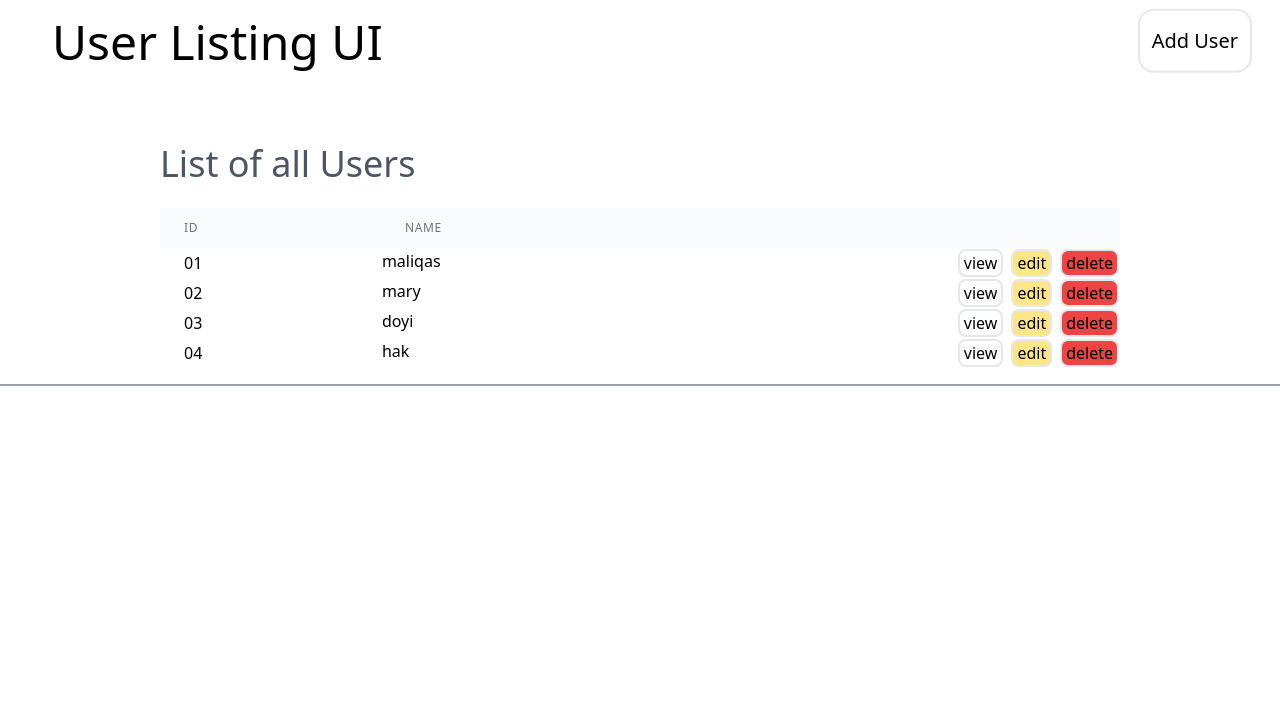
Repository: Marlstergo/listings
Page: / (app in client/)
An editor plug-in stored every save of this project. The page is shown before and after the next save, followed by the edit.
The browser window is 1280 px wide. The pictures show the whole page.
The project was rebuilt for these pictures with package versions that can differ from the ones it lists, and the page was loaded fresh each time. Also part of the build but not shown: client/craco.config.js, client/src/components/UserRow.jsx, client/src/components/List.js, client/src/components/addUser.js, client/src/components/EditUser.js.

Above is the page before, as saved 2021-07-21 17:36:22.

### client/src/index.js
/* eslint-disable no-unused-vars */
import React from "react";
import ReactDOM from "react-dom";
import "./index.css";
import App from "./App";
import reportWebVitals from "./reportWebVitals";
import { BrowserRouter as Router } from 'react-router-dom';
import { Provider } from "react-redux";
import { store } from "./redux/store";
import { PersistGate } from "redux-persist/integration/react";
import { persistor } from "./redux/store";

ReactDOM.render(
  <React.StrictMode>
    <Provider store={store}>
      <Router>
        <PersistGate persistor={persistor}>
          <App />
        </PersistGate>
      </Router>
    </Provider>
  </React.StrictMode>,
  document.getElementById("root")
);

// If you want to start measuring performance in your app, pass a function
// to log results (for example: reportWebVitals(console.log))
// or send to an analytics endpoint. Learn more: https://bit.ly/CRA-vitals
reportWebVitals();

### client/src/App.js
import React, { useState } from "react";
import { BrowserRouter, Route, Switch, useLocation } from "react-router-dom";
import Header from "./components/Header";
import Home from "./components/Home";
import List from "./components/List";
import AddUser from "./components/addUser";
// import Toppings from "./components/Toppings";
import Order from "./components/EditUser";
// import Modal from "./components/Modal";
import { AnimatePresence } from "framer-motion";

function App() {
  const location = useLocation();
  const showModal = true;

  return (
    <>
      <Header />
      {/* <Modal showModal={showModal} /> */}
      <AnimatePresence exitBeforeEnter>
        <BrowserRouter>
          <Switch>
            <Route exact name="home" path="/">
              <Home />
            </Route>
            {/* <Route exact path="/createUpdateUser">
            <Toppings />
          </Route> */}
            <Route path="/edit" exact name="order">
              <Order />
            </Route>
            <Route path="/view" exact name="view">
              <List/>
            </Route>
            <Route path="/adduser" exact name="adduser">
              <AddUser/>
            </Route>
          </Switch>
        </BrowserRouter>
      </AnimatePresence>
    </>
  );
}

export default App;

### client/src/redux/store.js
import { createStore, applyMiddleware } from "redux";
import { logger } from 'redux-logger';
import {persistStore} from 'redux-persist';
// import thunk from 'redux-thunk'
import createSagaMiddleware from 'redux-saga'

import rootSaga from './root-sagas'

import rootReducer from './root-reducer';

const sagaMiddleware = createSagaMiddleware()

const middleware = [sagaMiddleware];

if( process.env.NODE_ENV === 'development'){
    middleware.push(logger)
}

export const store = createStore(rootReducer, applyMiddleware(...middleware))

sagaMiddleware.run(rootSaga)

export const persistor = persistStore(store)

export default (store, persistor);

### client/src/components/Header.js
import React from "react";
import { motion } from "framer-motion";
import { Link } from "react-router-dom";
import {withRouter} from 'react-router-dom'


const svgVariants = {
  hidden: { rotate: -180 },
  visible: {
    rotate: 0,
    transition: { duration: 1 },
  },
};

const pathVariants = {
  hidden: {
    opacity: 0,
    pathLength: 0,
  },
  visible: {
    opacity: 1,
    pathLength: 1,
    transition: {
      duration: 2,
      ease: "easeInOut",
    },
  },
};

const buttonVariants = {
  show: {
    y: [0, -20],
    x: 0,
    textShadow: "0px 0px 8px rgb(255,255,255)",
    boxShadow: "0px 0px 8px rgb(255,255,255)",
    transition: {
      duration: 0.3,
      yoyo: Infinity,
      ease: "easeOut",
    },
  },
};

const Header = ({history}) => {
  console.log(history.location.pathname)
  return (
    <header className="flex p-7 w-screen justify-between  items-center">
      {/* <motion.div
        className="logo"
        drag
        dragConstraints={{ left: 0, top: 0, right: 0, bottom: 0 }}
        dragElastic={0.7}
      >

      </motion.div> */}
      <motion.div
        className=" flex justify-between w-full ml-6 text-xs"
        initial={{ y: -250 }}
        animate={{ y: -10 }}
        transition={{ delay: 0.2, type: "spring", stiffness: 120 }}
      >
        <a href="/" className=" pb-4 text-5xl">User Listing UI</a>
        <motion.button
          variants={buttonVariants}
          whileHover="hover"
          animate={`${history.location.pathname === '/adduser'?'':'show'}`}
          className="text-xl border-2 px-3 rounded-2xl active:bg-gray-200"
        >
          <a href="/adduser">Add User</a>
        </motion.button>
      </motion.div>
    </header>
  );
};

export default withRouter(Header);

### client/src/components/Home.js
import React from "react";
// import { Link } from "react-router-dom";
import { motion } from "framer-motion";
// import Loader from "./Loader";
// import UserRow from "./UserRow";
import UserRowHome from "./userRowhome";



const containerVariants = {
  hidden: {
    opacity: 0,
  },
  visible: {
    opacity: 1,
    transition: { delay: 1.5, duration: 1.5 },
  },
  exit: {
    x: "-100vh",
    transition: { ease: "easeInOut" },
  },
};
// const buttonVariants = {
//   hover: {
//     scale: 1.1,
//     textShadow: "0px 0px 8px rgb(255,255,255)",
//     boxShadow: "0px 0px 8px rgb(255,255,255)",
//     transition: {
//       duration: 0.3,
//       yoyo: Infinity
//     }
//   }
// }
const users = [
  {
    id: '01',
    name: "maliqas",
    email: "maliq@gmail.com",
    phone: '08032494874'
  },
  {
    id: '02',
    name: "mary",
    email: "mary@gmail.com",
    phone: '08032494874'
  },
  {
    id: '03',
    name: "doyi",
    email: "doyi@gmail.com",
    phone: '08032494874'
  },
  {
    id: '04',
    name: "hak",
    email: "hak@gmail.com",
    phone: '08032494874'
  },
];
const Home = () => {
  return (
    <motion.div
      className="  pb-4 mb-4 border-b-2 border-gray-400 flex flex-col items-center"
      variants={containerVariants}
      initial="hidden"
      animate="visible"
      exit="exit"
    >
      <div className="w-3/4 ">
        <h1 className="text-gray-600 py-6 text-4xl">List of all Users</h1>

        <table className="min-w-full divide-y divide-gray-200">
          <thead>
            <tr>
              <th className="px-6 py-3 bg-gray-50 text-left text-xs font-medium text-gray-500 uppercase tracking-wider">
                Id
              </th>
              <th className="px-6 py-3 bg-gray-50 text-left text-xs font-medium text-gray-500 uppercase tracking-wider">
                Name
              </th>

            </tr>
            {
              users.map((user) =>(
                <UserRowHome name={user.name} key={user.id} id={user.id} email={user.email} phone={user.phone} />
              ))
            }
          </thead>
        </table>
      </div>
    </motion.div>
  );
};

export default Home;

### client/src/redux/root-sagas.js
import {all, call} from 'redux-saga/effects'
import {userSagas} from './user/user.sagas'


export default function* rootSaga(){
    yield all([
        call(userSagas),
    ])
}

### client/src/redux/root-reducer.js
import {combineReducers} from 'redux'
import userReducer from './user/user.reducer'
// import cartReducer from './cart/cart.reducer'
import {persistReducer} from 'redux-persist'
import storage from 'redux-persist/lib/storage'
// import directoryReducer from './directory/directory.reducer'
// import shopReducer from './shop/shop.reducer'

const persistConfig ={
    key: 'root',
    storage,
    whitelist: ['' ]
}
const rootReducer = combineReducers({
    user: userReducer,

})
export default persistReducer(persistConfig, rootReducer)

### client/src/components/userRowhome.js
import React from "react";

const UserRowHome = ({ id, name }) => {
  return (
    <tr>
      <td className="px-6">{id}</td>
      <td className=" flex justify-between ">
        <p className="">{name}</p>
        <span className=" space-x-2 flex">
          <a href="/view" className="border-2 rounded-lg px-1 active:bg-gray-200">view</a>
          <button className="border-2 bg-yellow-200 active:bg-yellow-500  rounded-lg px-1">edit</button>
          <button className="border-2 rounded-lg bg-red-500 active:bg-red-800 px-1">delete</button>
        </span>
      </td>
    </tr>
  );
};

export default UserRowHome;

### client/src/redux/user/user.sagas.js
import { all, call, put, takeLatest } from "redux-saga/effects";

import UserActionTypes from "./user.types";
import { loadUserDetail } from "./user.action";
// import axios from "axios";
// import { getUserDetailsURL } from "../../components/stringConstants";

export function* getDetails() {
  yield console.log("i fired");

  // try {
  //   console.log("inside try");

  //   const res = yield axios.get(getUserDetailsURL);
  //   const data = yield res.data;
  //   console.log(res);
  //   yield put(loadUserDetail(data ? data.data[0] : {}));
  // } catch (err) {
  //   console.log(err.response);
  //   if (err.response && err.response.statusText === "Not Found") {
  //     // console.log("");
  //     window.location.href = "/profile/settings?newUser=0837";
  //   }
  // }
}

export function* getUserDetails() {
  yield takeLatest(UserActionTypes.GET_USER_DETAIL, getDetails);
}
// export function* loadUserDetails(){
//     yield takeLatest(UserActionTypes.LOAD_USER_DETAIL, loadDetails)
// }

export function* userSagas() {
  yield all([call(getUserDetails)]);
}

### client/src/redux/user/user.reducer.js
import UserActionTypes from "./user.types";
const INITIAL_STATE = {
  // currentUser: null,
  userDetail: {},
  demo: 'i am demo',
  location: null

};
const userReducer = (state = INITIAL_STATE, action) => {
  switch (action.type) {

    case UserActionTypes.LOAD_USER_DETAIL:
      return {
        ...state,
        userDetail: action.payload,
      };

    case UserActionTypes.COLLECT_GEOLOCATION:
      return {
        ...state,
        location: action.payload
      }
    default:
      return state;
  }
};

export default userReducer;

### client/src/redux/user/user.types.js
const UserActionTypes ={
    GOOGLE_SIGN_IN_START : 'GOOGLE_SIGN_IN_START',
    SIGN_IN_SUCCESS : 'SIGN_IN_SUCCESS',
    SIGN_IN_FAILURE : 'SIGN_IN_FAILURE',
    GET_USER_DETAIL: 'GET_USER_DETAIL',
    LOAD_USER_DETAIL: 'LOAD_USER_DETAIL',
    COLLECT_GEOLOCATION: 'COLLECT_GEOLOCATION',
    FETCH_GEOLOCATION: 'FETCH_GEOLOCATION'
}
export default UserActionTypes;

### client/src/redux/user/user.action.js
import UserActionTypes from './user.types'



// export const googleSignInStart = () => ({
//     type: UserActionTypes.GOOGLE_SIGN_IN_START
// })

// export const signInSuccess = (user) => ({
//     type: UserActionTypes.SIGN_IN_SUCCESS,
//     payload: user
// })

export const getUserDetail = () => ({
    type: UserActionTypes.GET_USER_DETAIL,

})
export const loadUserDetail = (details) => ({
    type: UserActionTypes.LOAD_USER_DETAIL,
    payload: details
})

export const fetchGeoloction = () => ({
    type: UserActionTypes.FETCH_GEOLOCATION
})
export const collectGeolocation = (location) => ({
    type: UserActionTypes.COLLECT_GEOLOCATION,
    payload: location
})
// })

### client/tailwind.config.js
// tailwind.config.js
module.exports = {
  // mode:'jit',
  purge: ["./src/**/*.{js,jsx,ts,tsx}", "./public/index.html"],
  darkMode: false, // or 'media' or 'class'
  theme: {
    extend: {},
  },
  variants: {
    extend: {
      backgroundColor: ["active"],
    },
  },
  plugins: [],
};

### client/src/components/footer.js
import React from 'react'

const Footer = () => {
  return (
    <footer className="fixed bottom-0">
      <div className="flex justify-center">
        <p className="text-gray-500">Abdulmaliq Shola. copyright</p>
      </div>
    </footer>
  )
}

export default Footer

Loaded but not shown: client/public/index.html (common file); client/src/index.css (common file); client/src/reportWebVitals.js (common file)

After the next save:
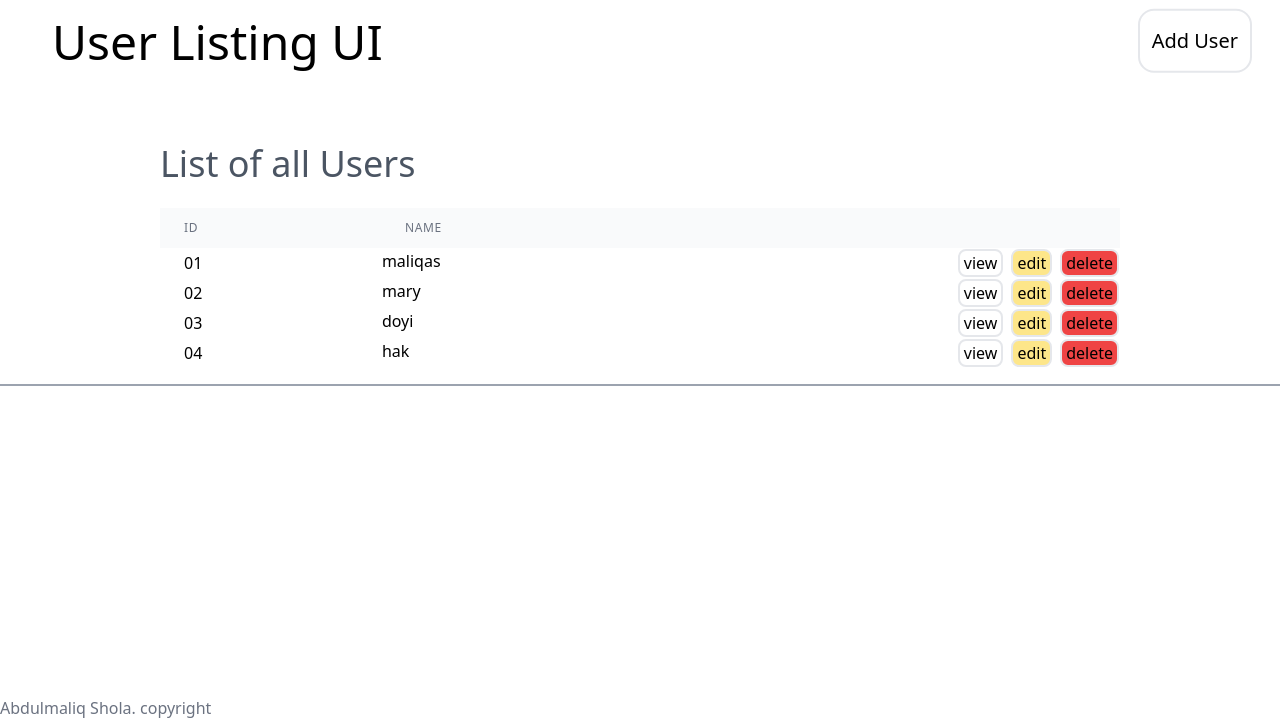
Saved 28 s later.
--- a/client/src/App.js
+++ b/client/src/App.js
@@ -8,6 +8,7 @@ import AddUser from "./components/addUser";
 import Order from "./components/EditUser";
 // import Modal from "./components/Modal";
 import { AnimatePresence } from "framer-motion";
+import Footer from "./components/footer";
 
 function App() {
   const location = useLocation();
@@ -38,6 +39,7 @@ function App() {
           </Switch>
         </BrowserRouter>
       </AnimatePresence>
+      <Footer/>
     </>
   );
 }
